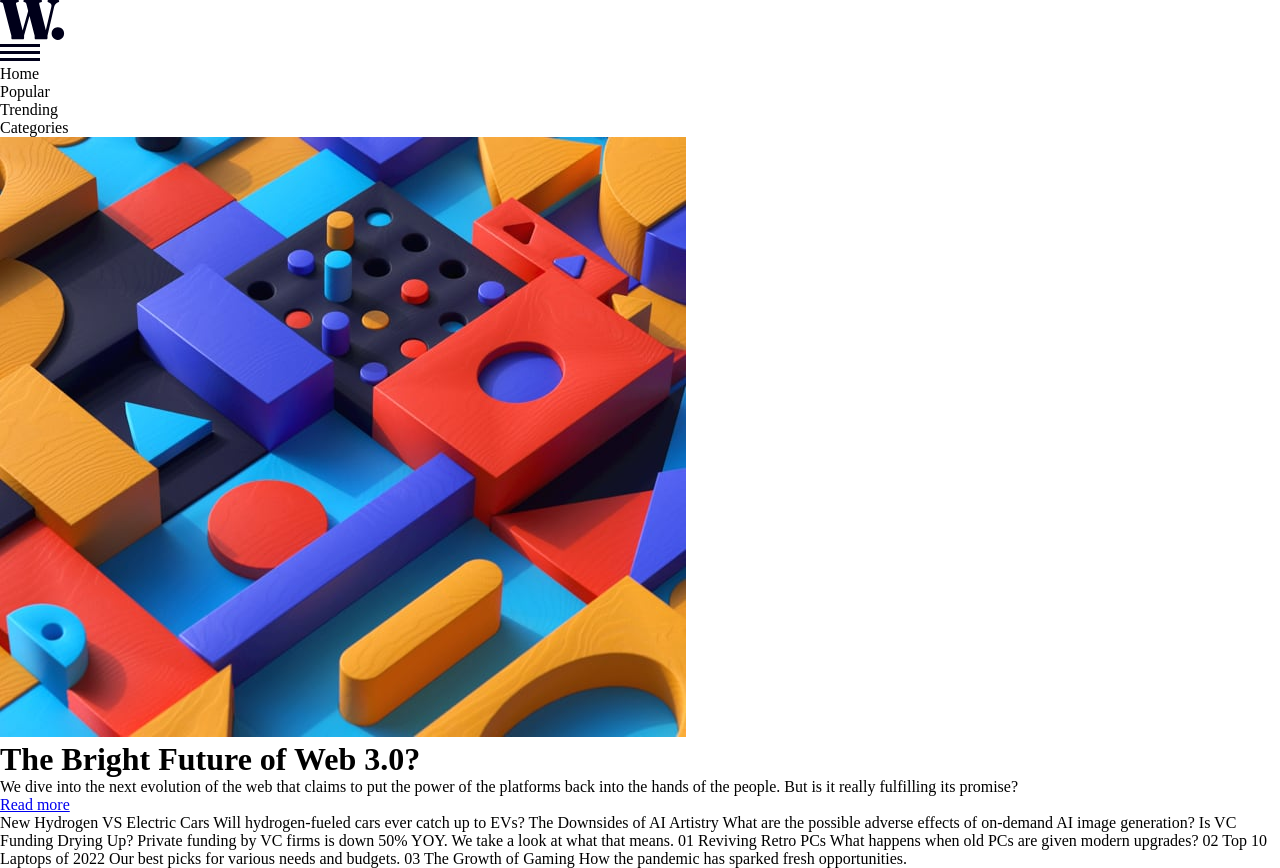
Repository: Arkitecth/news-webpage
Page: index.html
These files come from the project's save history. The page is drawn as it stood at one moment and after the next save; the edit follows.
The browser window is 1280 px wide. The pictures show the whole page.

Above is the page before, as saved 2023-06-07 16:26:44.

### index.html
<!DOCTYPE html>
<html lang="en">
<head>
  <meta charset="UTF-8">
  <meta name="viewport" content="width=device-width, initial-scale=1.0"> <!-- displays site properly based on user's device -->
  <title>News homepage</title>
  <link rel="stylesheet" href="style.css">
  <link rel="stylesheet" media="screen and (max-width:768px)" href="mobile.css">
</head>
<body>
  <main>
    <nav class="flex-container">
      <img class="logo" src="assets/images/logo.svg" alt="logo">
      <div class="hamburger-menu">
        <img class="icon-menu" src="assets/images/icon-menu.svg" alt="icon-menu">
          <ul class="menu-items">
            <li> Home  </li>
            <li> Popular</li>
            <li>Trending</li>
            <li>Categories</li>
          </ul>
      </div>
    </nav>
    <img class="background-image" src="assets/images/image-web-3-mobile.jpg" alt="background-image">
    <h1>The Bright Future of Web 3.0? </h1>
    <p> We dive into the next evolution of the web that claims to put the power of the platforms back into the hands of the people.
      But is it really fulfilling its promise? </p>
    <a href="#"> Read more </a>
  </main>
<script src="script.js"></script>





  New

  Hydrogen VS Electric Cars
  Will hydrogen-fueled cars ever catch up to EVs?

  The Downsides of AI Artistry
  What are the possible adverse effects of on-demand AI image generation?

  Is VC Funding Drying Up?
  Private funding by VC firms is down 50% YOY. We take a look at what that means.

  01
  Reviving Retro PCs
  What happens when old PCs are given modern upgrades?

  02
  Top 10 Laptops of 2022
  Our best picks for various needs and budgets.

  03
  The Growth of Gaming
  How the pandemic has sparked fresh opportunities.
</body>
</html>

### style.css
* {
    margin: 0;
    padding: 0;
}

### script.js
const hamburger = document.querySelector(".hamburger-menu");
const iconMenu = document.querySelector(".icon-menu");
const menuItems = document.querySelector(".menu-items");
iconMenu.addEventListener("click", () => {
    hamburger.classList.toggle("menu-box");
    iconMenu.classList.toggle("toggle-icon");
    menuItems.classList.toggle("toggle-menu-items");
})
iconMenu.src = "assets/images/icon-menu.svg";

### mobile.css
main {
    display: grid;
    grid-template-rows: auto 2fr 1fr 1fr;
}

.flex-container {
    display: flex;
    justify-content: space-between;
    align-items: center;
}

.container {
    margin: 20px;
}

.logo {
    margin: 20px;
}

.menu-items {
    list-style-type: none;
    display: none;
    font-size: 1.125rem;
}

.menu-items li {
    padding: 20px;
}

.hamburger-menu {
    margin: 20px;
}


.menu-box {
    position: absolute;
    margin: 0;
    top: 0;
    right: 0;
    height: 100vh;
    width: 40vh;
    background-color: red;
}

.toggle-icon {
    content: url("assets/images/icon-menu-close.svg");
    padding-top: 20px;
    margin-left: 80%;
}

.toggle-menu-items {
    display: block;
    padding: 20px;
}

.background-image {
    width: 343px;
    margin: auto;
    margin-top: 20px;
}

After the next save:
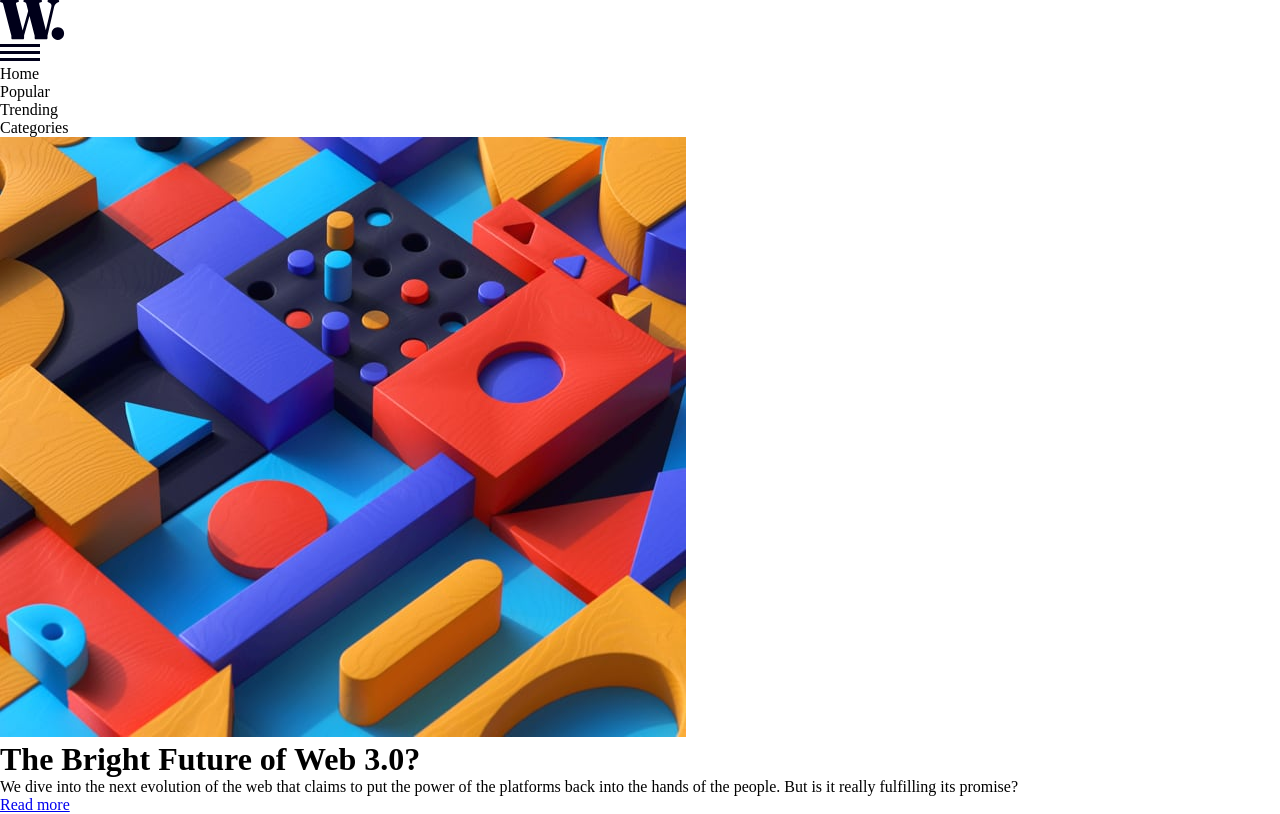
Saved 9 s later.
--- a/index.html
+++ b/index.html
@@ -25,7 +25,7 @@
     <h1>The Bright Future of Web 3.0? </h1>
     <p> We dive into the next evolution of the web that claims to put the power of the platforms back into the hands of the people.
       But is it really fulfilling its promise? </p>
-    <a href="#"> Read more </a>
+    <a href="#">Read more </a>
   </main>
 <script src="script.js"></script>
 
@@ -33,7 +33,7 @@
 
 
 
-  New
+  <!-- New
 
   Hydrogen VS Electric Cars
   Will hydrogen-fueled cars ever catch up to EVs?
@@ -54,6 +54,6 @@
 
   03
   The Growth of Gaming
-  How the pandemic has sparked fresh opportunities.
+  How the pandemic has sparked fresh opportunities. -->
 </body>
 </html>
